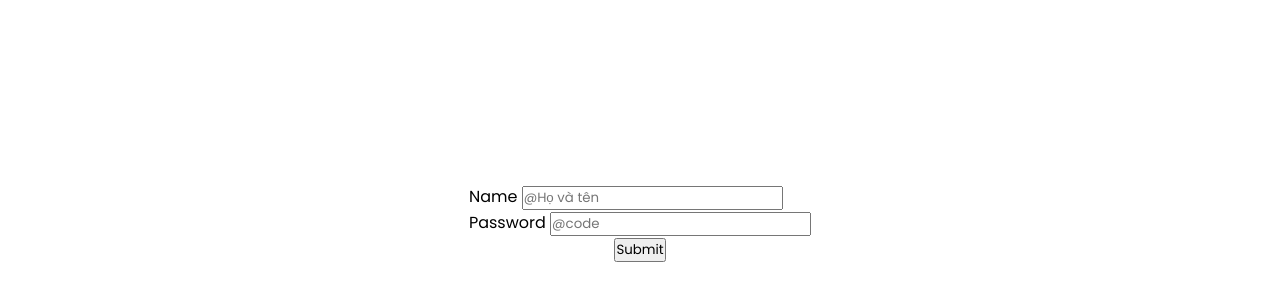
Repository: TruongVu299/Nhom21_NguyenThiNgocLam_DoTruongVu
Page: SourcesCode/index2.html
An editor plug-in stored every save of this project. The page is shown before and after the next save, followed by the edit.
The browser window is 1280 px wide. The pictures show the whole page.

Above is the page before, as saved 2023-04-22 02:50:49.

### SourcesCode/index2.html
<!DOCTYPE html>
<html lang="en">
<head>
    <meta charset="UTF-8">
    <meta http-equiv="X-UA-Compatible" content="IE=edge">
    <meta name="viewport" content="width=device-width, initial-scale=1.0">
    <title>Đăng nhập</title>
    <link rel="stylesheet" href="./style2.css">
</head>
<body>
    <div id="wrapper">
        <div class="h1">
            <label >Name</label>
            <input placeholder="@Họ và tên" >
        </div>
        <div class="h2">
            <label>Password</label>
            <input placeholder="@code" >
        </div>
        <div class="h3">
            <button >Submit</button>
        </div>
    </div>
</body>
</html>

### SourcesCode/style2.css
@import url('https://fonts.googleapis.com/css2?family=Poppins:ital,wght@0,400;0,500;0,600;1,200;1,400;1,500&display=swap');
*{
    padding:0;
    margin:0;
    box-sizing: border-box;
    font-family:'Poppins', sans-serif;
    cursor: pointer;
}
#wrapper {
    width:max-content;
    height: 478px;
    margin:0px auto;
    margin-top:184px;
    margin-bottom: 50px;
}
#wrapper .h3 {
    text-align: center;
}

After the next save:
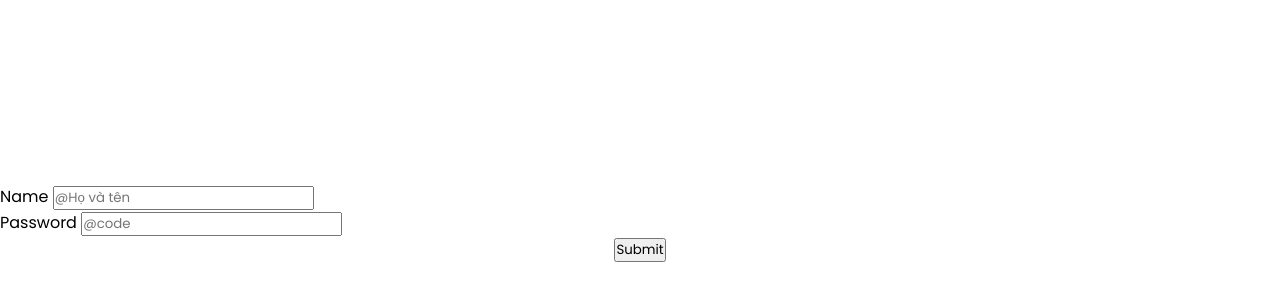
Saved 2 min 16 s later.
--- a/SourcesCode/style2.css
+++ b/SourcesCode/style2.css
@@ -7,8 +7,8 @@
     cursor: pointer;
 }
 #wrapper {
-    width:max-content;
-    height: 478px;
+    width: 100%;
+    height: 100%;
     margin:0px auto;
     margin-top:184px;
     margin-bottom: 50px;

After the save that followed:
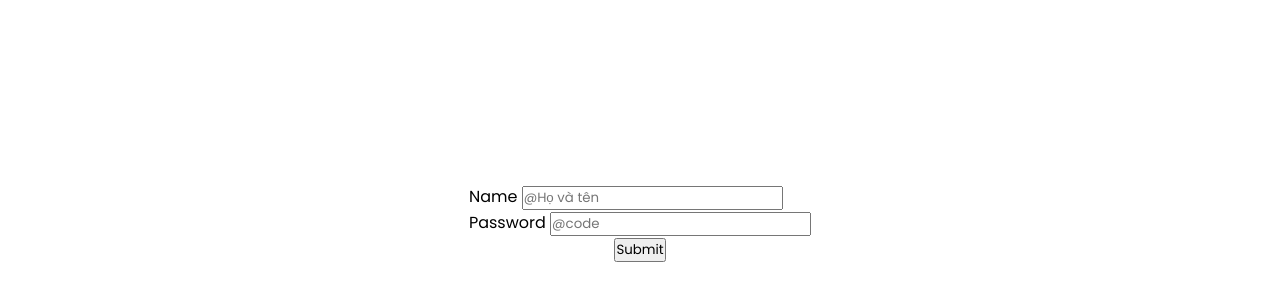
Saved 40 s later.
--- a/SourcesCode/style2.css
+++ b/SourcesCode/style2.css
@@ -7,8 +7,8 @@
     cursor: pointer;
 }
 #wrapper {
-    width: 100%;
-    height: 100%;
+    width:max-content;
+    height: 478px;
     margin:0px auto;
     margin-top:184px;
     margin-bottom: 50px;
